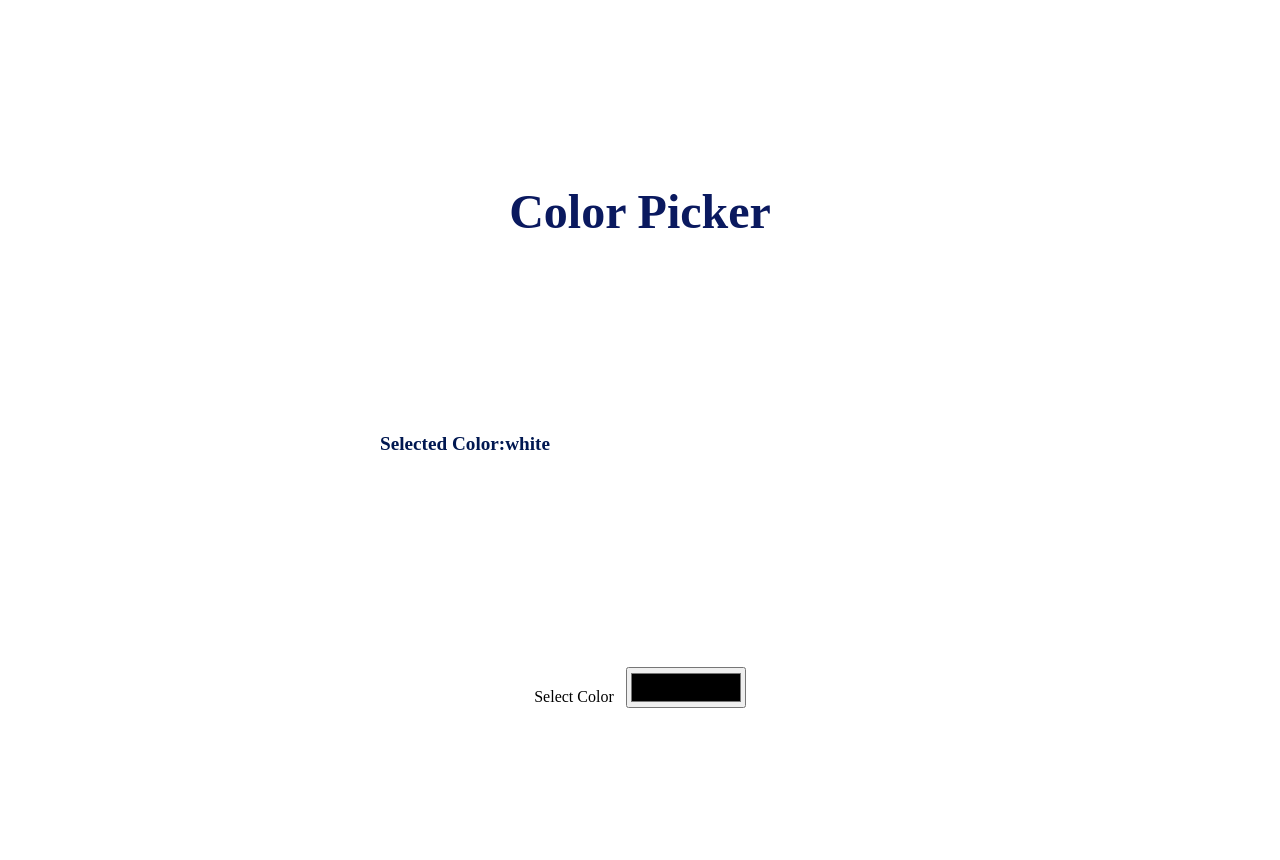
Repository: rkrukshan/Color-Picker--React-
Page: /
The author's editor kept a copy of each file at every save. The page is drawn from the files as they stood at one save, then again after the next save.
The browser window is 1280 px wide. The pictures show the whole page.
The project was rebuilt for these pictures with package versions that can differ from the ones it lists, and the page was loaded fresh each time. Also part of the build but not shown: vite.config.js.

Above is the page before, as saved 2024-07-21 18:36:03.

After the next save:
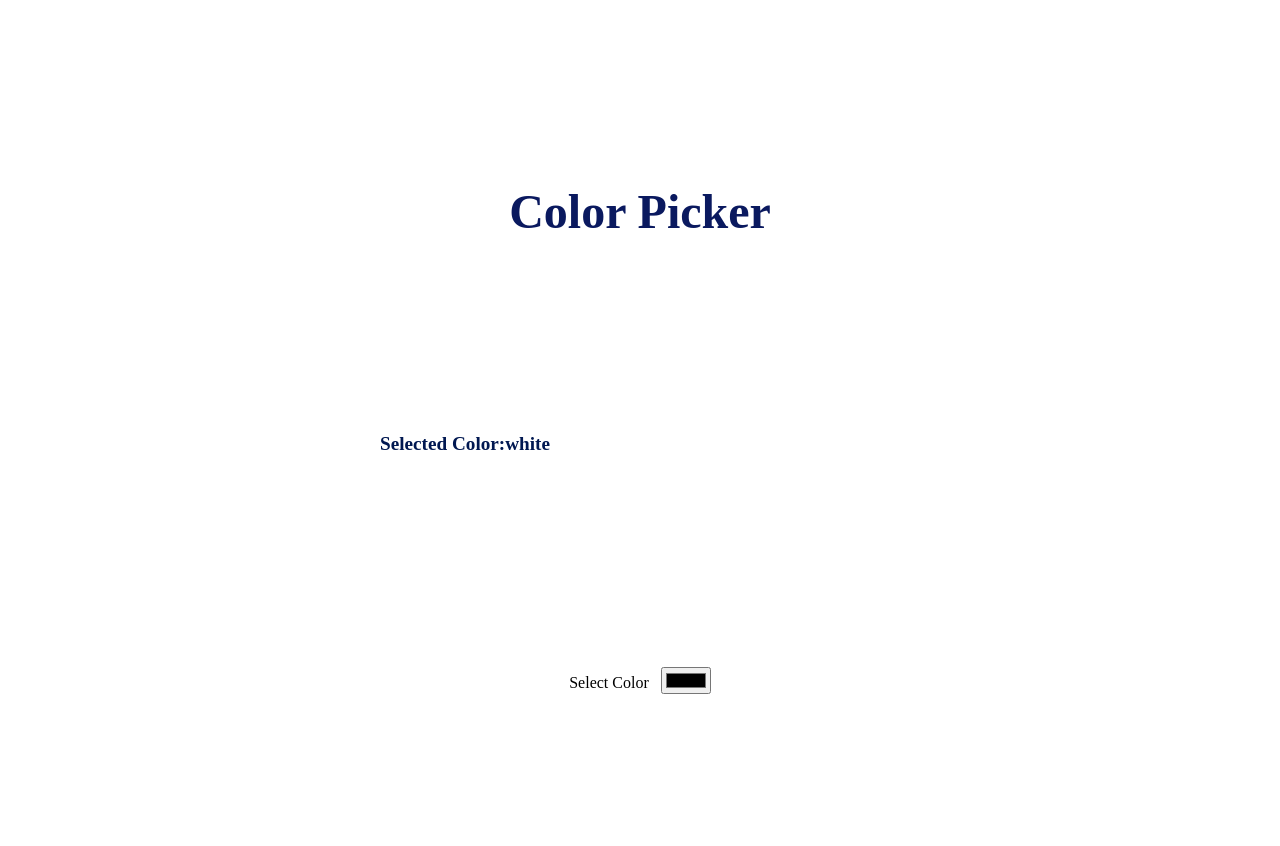
Saved 18 s later.
--- a/src/index.css
+++ b/src/index.css
@@ -24,6 +24,7 @@
   font-weight: bolder;
   color:rgb(1, 24, 81);
 }
+.selec
 .colorpicker{
   width: 9em;
   height: 41px;

After the 2 saves that followed:
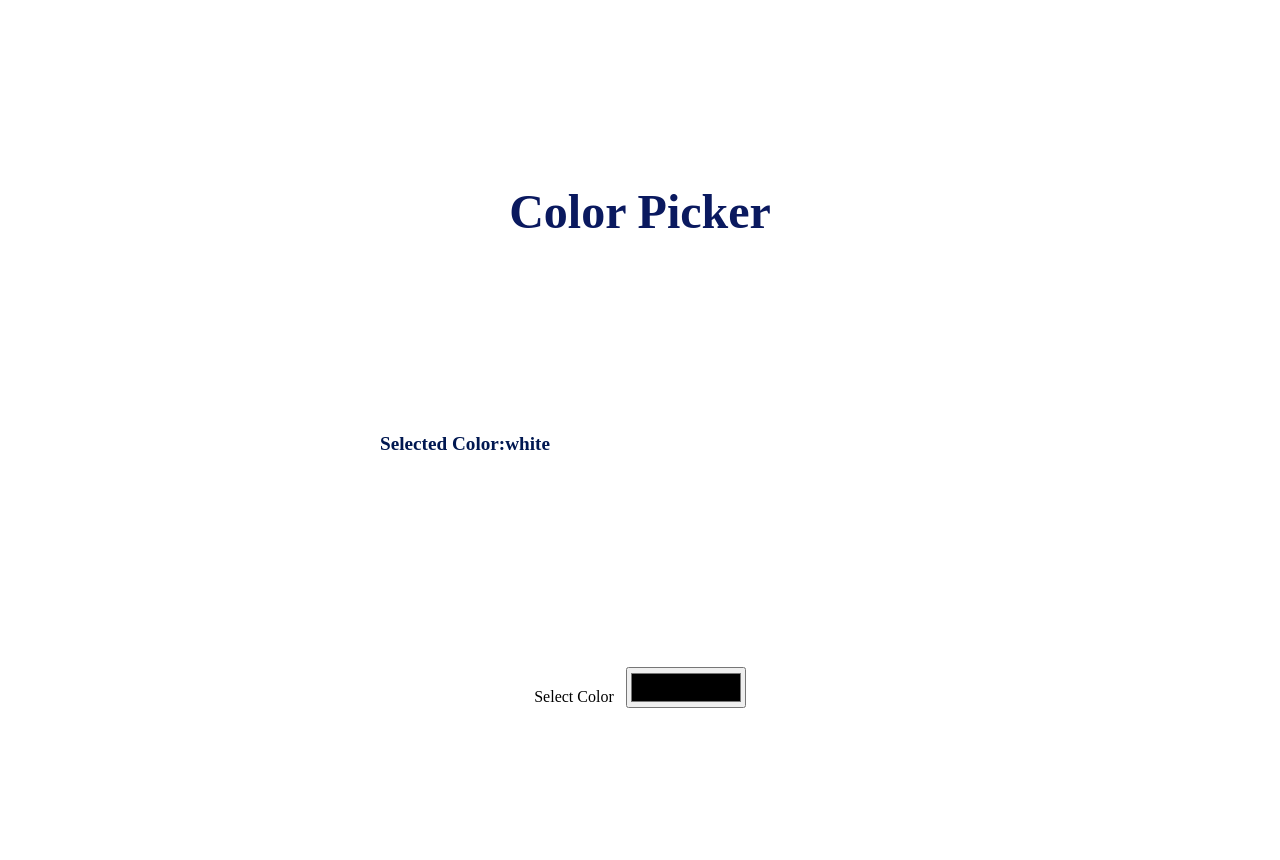
The 2 saves are shown as one change because they came seconds apart.
The last was saved 8 s later.
--- a/src/index.css
+++ b/src/index.css
@@ -24,7 +24,9 @@
   font-weight: bolder;
   color:rgb(1, 24, 81);
 }
-.selec
+.selectlabel{
+
+}
 .colorpicker{
   width: 9em;
   height: 41px;
